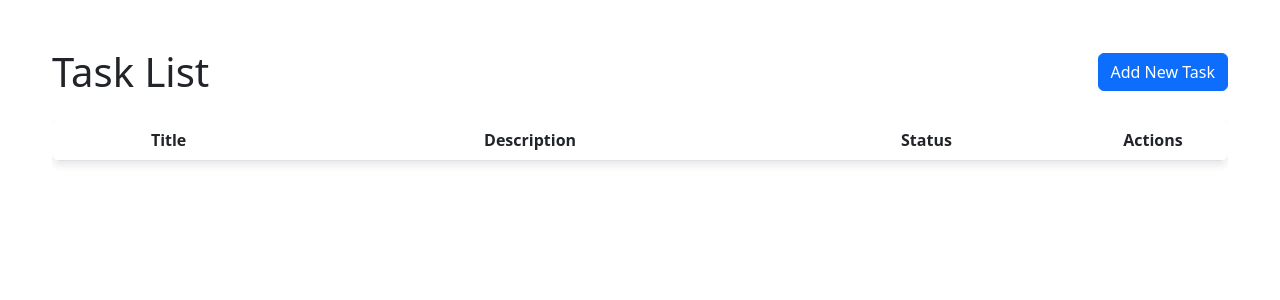
Repository: Abdulahi338/Crude-operation-using-MVC
Page: http://localhost/tasks
An editor plug-in stored every save of this project. The page is shown before and after the next save, followed by the edit.
The browser window is 1280 px wide. The pictures show the whole page.
The page is served by the project's Laravel application, run on PHP 8.4 with Laravel 12. Other server files are loaded and not shown. Queries for data that is not in the repository find no rows.

Above is the page before, as saved 2024-08-31 17:18:40.

### routes/web.php
<?php

// use Illuminate\Support\Facades\Route;

// Route::get('/', function () {
//     return view('welcome');
// });
use App\Http\Controllers\TaskController;

Route::resource('tasks', TaskController::class);

### app/Http/Controllers/TaskController.php
<?php

namespace App\Http\Controllers;

use App\Models\Task;
use Illuminate\Http\Request;

class TaskController extends Controller
{
    public function index()
    {
        $tasks = Task::all();
        return view('tasks.index', compact('tasks'));
    }

    public function create()
    {
        return view('tasks.create');
    }

    public function store(Request $request)
    {
        $request->validate([
            'title' => 'required|max:255',
            'description' => 'nullable',
        ]);

        Task::create($request->all());
        return redirect()->route('tasks.index');
    }

    public function edit(Task $task)
    {
        return view('tasks.edit', compact('task'));
    }

    public function update(Request $request, Task $task)
    {
        $request->validate([
            'title' => 'required|max:255',
            'description' => 'nullable',
        ]);

        $task->update($request->all());
        return redirect()->route('tasks.index');
    }

    public function destroy(Task $task)
    {
        $task->delete();
        return redirect()->route('tasks.index');
    }
}

### app/Models/Task.php
<?php

namespace App\Models;

use Illuminate\Database\Eloquent\Factories\HasFactory;
use Illuminate\Database\Eloquent\Model;

class Task extends Model
{
    use HasFactory;

    // Attributes that can be mass-assigned
    protected $fillable = [
        'title',
        'description',
        'completed',
    ];
}

### resources/views/tasks/index.blade.php
<!DOCTYPE html>
<html lang="en">
<head>
    <meta charset="UTF-8">
    <meta name="viewport" content="width=device-width, initial-scale=1.0">
    <title>Task List</title>
    <link href="https://stackpath.bootstrapcdn.com/bootstrap/5.3.0/css/bootstrap.min.css" rel="stylesheet">
    <style>
        .container {
            max-width: 1200px;
        }
        .task-list {
            border-radius: 0.5rem;
            overflow: hidden;
            box-shadow: 0 4px 8px rgba(0, 0, 0, 0.1);
        }
        .task-list thead {
            background-color: #f8f9fa;
        }
        .task-list th {
            text-align: center;
        }
        .task-list td {
            vertical-align: middle;
        }
        .badge-success {
            background-color: #198754;
        }
        .badge-danger {
            background-color: #dc3545;
        }
    </style>
</head>
<body>
    <div class="container mt-5">
        <div class="d-flex justify-content-between align-items-center mb-4">
            <h1 class="mb-0">Task List</h1>
            <a href="{{ route('tasks.create') }}" class="btn btn-primary">Add New Task</a>
        </div>
        <div class="table-responsive">
            <table class="table table-striped task-list">
                <thead>
                    <tr>
                        <th scope="col">Title</th>
                        <th scope="col">Description</th>
                        <th scope="col">Status</th>
                        <th scope="col" style="width: 150px;">Actions</th>
                    </tr>
                </thead>
                <tbody>
                    @foreach ($tasks as $task)
                        <tr>
                            <td>{{ $task->title }}</td>
                            <td>{{ $task->description }}</td>
                            <td>
                                @if ($task->completed)
                                    <span class="badge bg-success">Completed</span>
                                @else
                                    <span class="badge bg-danger">Not Completed</span>
                                @endif
                            </td>
                            <td class="text-center">
                                <a href="{{ route('tasks.edit', $task->id) }}" class="btn btn-warning btn-sm">Edit</a>
                                <form action="{{ route('tasks.destroy', $task->id) }}" method="POST" style="display:inline;">
                                    @csrf
                                    @method('DELETE')
                                    <button type="submit" class="btn btn-danger btn-sm">Delete</button>
                                </form>
                            </td>
                        </tr>
                    @endforeach
                </tbody>
            </table>
        </div>
    </div>
    <script src="https://cdn.jsdelivr.net/npm/@popperjs/core@2.11.6/dist/umd/popper.min.js"></script>
    <script src="https://stackpath.bootstrapcdn.com/bootstrap/5.3.0/js/bootstrap.min.js"></script>
</body>
</html>

Loaded but not shown: app/Http/Controllers/Controller.php (common file)

After the next save:
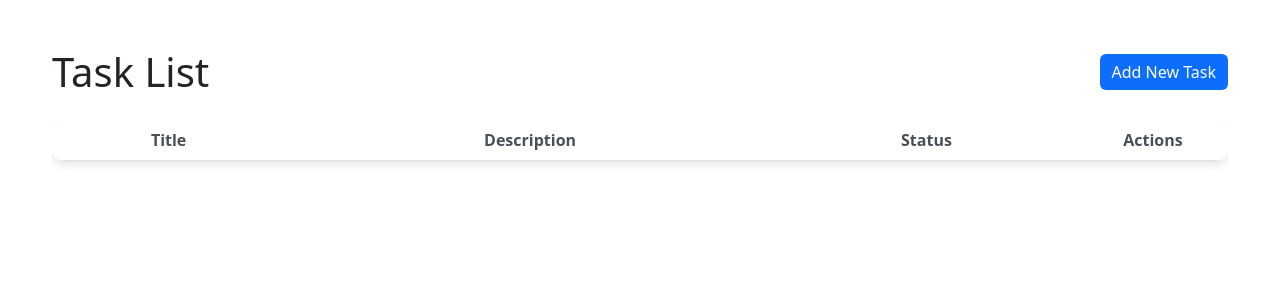
Saved 6 min 57 s later.
--- a/resources/views/tasks/index.blade.php
+++ b/resources/views/tasks/index.blade.php
@@ -10,24 +10,53 @@
             max-width: 1200px;
         }
         .task-list {
-            border-radius: 0.5rem;
+            border-radius: 0.75rem;
             overflow: hidden;
             box-shadow: 0 4px 8px rgba(0, 0, 0, 0.1);
         }
         .task-list thead {
-            background-color: #f8f9fa;
+            background-color: #e9ecef;
         }
         .task-list th {
             text-align: center;
+            color: #495057;
         }
         .task-list td {
             vertical-align: middle;
         }
         .badge-success {
-            background-color: #198754;
+            background-color: #28a745; /* Green */
         }
         .badge-danger {
-            background-color: #dc3545;
+            background-color: #dc3545; /* Red */
+        }
+        .btn-primary {
+            background-color: #0d6efd; /* Blue */
+            border: none;
+        }
+        .btn-primary:hover {
+            background-color: #0b5ed7;
+        }
+        .btn-warning {
+            background-color: #ffc107; /* Yellow */
+            border: none;
+        }
+        .btn-warning:hover {
+            background-color: #e0a800;
+        }
+        .btn-danger {
+            background-color: #dc3545; /* Red */
+            border: none;
+        }
+        .btn-danger:hover {
+            background-color: #c82333;
+        }
+        .btn-secondary {
+            background-color: #6c757d; /* Gray */
+            border: none;
+        }
+        .btn-secondary:hover {
+            background-color: #5a6268;
         }
     </style>
 </head>

After the save that followed:
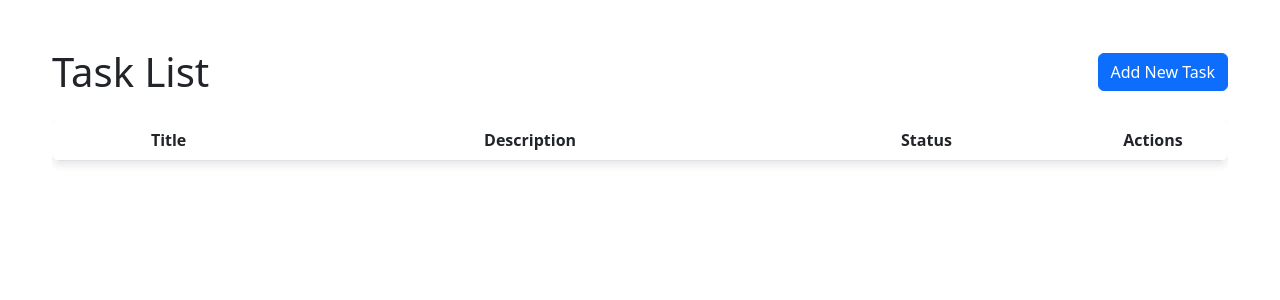
Saved 46 s later.
--- a/resources/views/tasks/index.blade.php
+++ b/resources/views/tasks/index.blade.php
@@ -10,53 +10,24 @@
             max-width: 1200px;
         }
         .task-list {
-            border-radius: 0.75rem;
+            border-radius: 0.5rem;
             overflow: hidden;
             box-shadow: 0 4px 8px rgba(0, 0, 0, 0.1);
         }
         .task-list thead {
-            background-color: #e9ecef;
+            background-color: #f8f9fa;
         }
         .task-list th {
             text-align: center;
-            color: #495057;
         }
         .task-list td {
             vertical-align: middle;
         }
         .badge-success {
-            background-color: #28a745; /* Green */
+            background-color: #198754;
         }
         .badge-danger {
-            background-color: #dc3545; /* Red */
-        }
-        .btn-primary {
-            background-color: #0d6efd; /* Blue */
-            border: none;
-        }
-        .btn-primary:hover {
-            background-color: #0b5ed7;
-        }
-        .btn-warning {
-            background-color: #ffc107; /* Yellow */
-            border: none;
-        }
-        .btn-warning:hover {
-            background-color: #e0a800;
-        }
-        .btn-danger {
-            background-color: #dc3545; /* Red */
-            border: none;
-        }
-        .btn-danger:hover {
-            background-color: #c82333;
-        }
-        .btn-secondary {
-            background-color: #6c757d; /* Gray */
-            border: none;
-        }
-        .btn-secondary:hover {
-            background-color: #5a6268;
+            background-color: #dc3545;
         }
     </style>
 </head>
